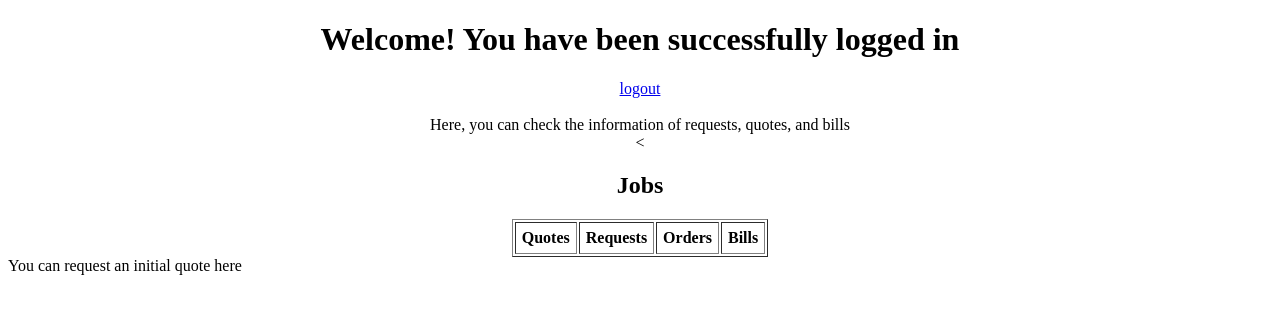
Repository: Sahithkonuganti/DatabaseProject
Page: http://localhost/database/clientpage.jsp
The author's editor kept a copy of each file at every save. The page is drawn from the files as they stood at one save, then again after the next save.
The browser window is 1280 px wide. The pictures show the whole page.
The page is served by Tomcat 9. Other server files are loaded and not shown.

Above is the page before, as saved 2023-10-28 15:21:35.

### database/WebContent/clientpage.jsp
<%@ page language="java" contentType="text/html; charset=ISO-8859-1"
    pageEncoding="ISO-8859-1"%>
<%@ taglib uri="http://java.sun.com/jsp/jstl/core" prefix="c" %>

<!DOCTYPE html>
<html>
<head>
<meta charset="ISO-8859-1">
<title>Client page</title>
</head>
<!--  originally called activitypage.jsp -->
<center><h1>Welcome! You have been successfully logged in</h1> </center>


	<body>
	<center>
	<a href="login.jsp"target ="_self" > logout</a><br><br>
		<a>Here, you can check the information of requests, quotes, and bills</a>
			<div align="center"><<table border="1" cellpadding="6">
			<caption><h2>Jobs</h2></caption>
				<tr>
					<th>Quotes</th>
					<th>Requests</th>
					<th>Orders</th>
					<th>Bills</th>
				</tr>
			</table>
		</div>
		</center>
		<a>You can request an initial quote here</a>
	</body>
	</html>

After the next save:
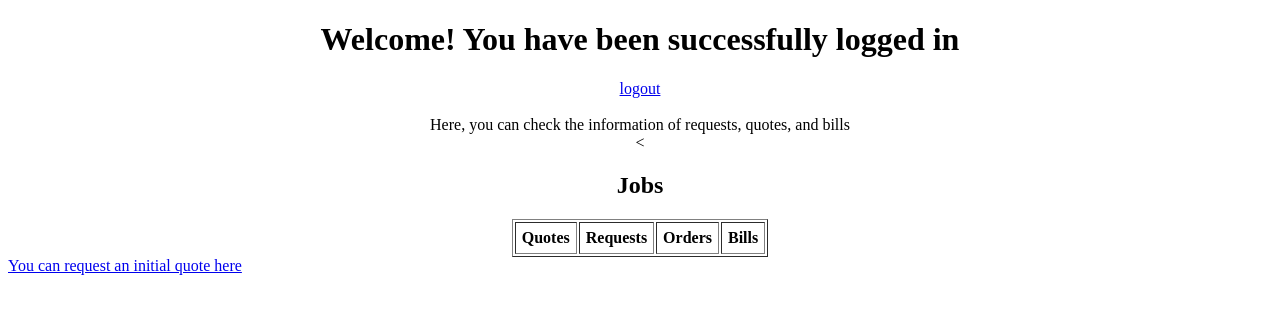
Saved 34 s later.
--- a/database/WebContent/clientpage.jsp
+++ b/database/WebContent/clientpage.jsp
@@ -27,6 +27,6 @@
 			</table>
 		</div>
 		</center>
-		<a>You can request an initial quote here</a>
+		<a href="InitialRequest.jsp" >You can request an initial quote here</a>
 	</body>
 	</html>
